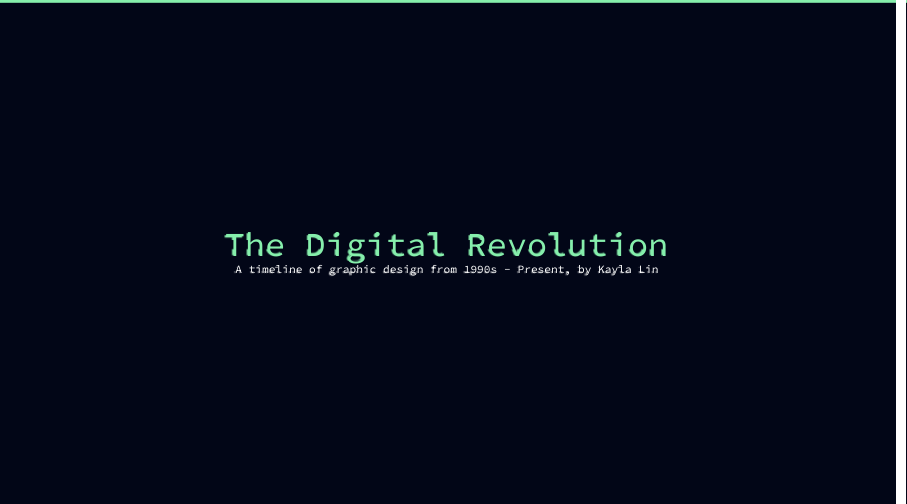
Repository: kayla-lin/graphic-design-timeline
Page: /
The author's editor kept a copy of each file at every save. The page is drawn from the files as they stood at one save, then again after the next save.
The browser window is 1280 px wide. The page is 1280 px wide, then 1295 px, so the pictures cover 1295 px, including what lies to the right of the window. The pictures show the part of the page from y = 0 to 1880 px (the page is 720 px tall before and 13566 px after), at 70% of full size.
The project was rebuilt for these pictures with package versions that can differ from the ones it lists, and the page was loaded fresh each time. The framework's server and built-in components were replaced by stand-ins that run in the browser. Also part of the build but not shown: next.config.js.

Above is the page before, as saved 2023-05-01 21:17:45.

### pages/index.tsx
import { Source_Code_Pro } from "next/font/google";
import Introduction from "./components/Introduction";
import TimelineElement from "./components/TimelineElement";
import Timeline from "./components/Timeline";
import ProgressBar from "./components/ProgressBar";

const source = Source_Code_Pro({ subsets: ["latin"] });

export default function Home() {
  return (
    <main className={`${source.className} bg-slate-950`}>
      <ProgressBar />
      <Introduction />
      <Timeline>
        <TimelineElement
          title="Rise of Skeuomorphism"
          date="1980s"
          img="skeumorphic.png"
          desc={[
            "Skeuomorphism is a useful concept for design. It involves creating a design that mimics its real life counterpart. For example, an icon of a trash can for deleting files, or a floppy disk for the save functionality. It was useful because of its design affordance: a shape that suggests its use. Since graphical interfaces on the computer were new. Computer interfaces would be much more intuitive with skeuomorphism Skeuomorphism designs often had beveled edges, gradients, and reflections.",
          ]}
        />
        <TimelineElement
          title="Xerox Star 8010"
          date="1981"
          img="xerox.jpeg"
          desc={[
            "Xerox launched the first personal computer for the office. This was the birth of the first ever graphic user interface (GUI). Norman Lloyd Cox converted the ideal of the office into a metaphor on the computer screen. He represented basic office concepts, like desktop, files, folders, on the computer screen.",
          ]}
        />
        <TimelineElement
          title="Apple’s 1984 Macintosh"
          date="1984"
          img="applemac.jpeg"
          desc={[
            "The Apple 1984 Macintosh was the first commercially successful personal computer with a graphic user interface. It helped popularize the idea that computers can be a tool for productivity and creativity. The laptop had a graphic program called MacPaint created by Bill Atkinson and Susan Kare. Creating computer graphics was very intuitive: People used a mouse or a drawing tablet along with a multitude of different graphic tools on a toolbar.",
          ]}
        />
        <TimelineElement
          title="Susan Kare"
          date="1984"
          img="susankare.jpeg"
          desc={[
            "Susan Kare is graphic designer  “who gave the Macintosh a smile. Pixel art was the best kind of graphics that computing power could hope for. However, the small amount of pixels were crucial for intuitive interfaces and designs. Susan Kare created the original set of icons for the original Apple Macintosh.",
            "She transferred the idea of off-screen iconography to its on screen equivalent, thus allowing for icons to be effective in the digital world. Kare worked without the use of colors because computers could not replicate colors. She created iconic symbols like the “Ok” button, trashcan and command symbol.",
          ]}
        />
        <TimelineElement
          title="Andy Warhol"
          date="1985"
          img="warhol.jpeg"
          desc={[
            "In 1985, Andy Warhol became a Commodore International representative. He created a series of 28 digital “experiments” to help advertise the computer, Amiga 1000.",
          ]}
        />
        <TimelineElement
          title="David Hockney"
          date="1986"
          img="hockney.jpeg"
          desc={[
            "David Hockney was one of the first artists to consider digital art as a serious medium. In 1986, he created digital paintings using Quantel Paintbox, which was a drawing surface that enabled users to draw computer graphics directly on the computer screen without transferring to another medium. He created a series of paintings for the BBC series, Painting with Light.",
          ]}
        />
        <TimelineElement
          title="Adobe"
          date="1987"
          img="adobe.jpeg"
          desc={[
            "PostScript was a language used to control output of laser printers. Adobe started to develop different fonts after PostScript’s success.",
            "In  the late 1980s, Apple and Adobe had a disagreement over licensing fees, causing the “font wars”. Adobe offered Display PostScript, a version of PostScript that ran on personal computers, to both Apple and Microsoft. Apple and Microsoft did not want to give control over a vital part of the operating system. Adobe also did not want to pay Apple’s stiff royalties. Apple and Microsoft would join forces to create their own technology similar to PostScript.",
            "During the font wars, Adobe focused on software development and in 1987 introduced Adobe Illustrator, a widely used software for vector graphics. Two years later in 1989, they introduced Adobe Photoshop, an image manipulation program that became the most popular and successful Adobe program.",
          ]}
        />
        <TimelineElement
          title="David Carson"
          date="1989"
          img="carson.png"
          desc={[
            "During the 1990s, there was a movement to move away from Swiss Modern. David Carson was the art director of Beach Culture (1989-91), Surfer (1991-92), and Ray Gun (1992-96). He was well known for his experimental approach to design, and he broke a lot of traditional design rules. He was an inspiration for the experimental nature and techniques that many used in computer graphics.",
          ]}
        />
        <TimelineElement
          title="World Wide Web"
          date="1989"
          img="www.jpeg"
          desc={[
            "Before the World Wide Web, the internet was just used for sending files from one place to another. Tim Berners-Lee, a Swiss computer programmer, introduced the World Wide Web. The World Wide Web was a “web” of information open to anyone.",
            "Users were able to communicate and exchange information globally. This marked a new period of accessibility, especially for artists. Artists could rely less on institutions and easily share information.",
          ]}
        />
        <TimelineElement
          title="Netscape"
          date="1992"
          img="netscape.jpeg"
          desc={[
            "At the University of Illinois, a group of students and researchers created a browser called Mosaic, later known as Netscape. This offered a user friendly way to access the website. Users could see words and computers on the same page, and users could navigate the web with scrollbars and hyperlinks.",
            "Later, Congress allowed the web to be used commercially. Companies and entrepreneurs rushed to set up websites to sell goods and services.",
          ]}
        />
        <TimelineElement
          title="Cascading Style Sheets"
          date="1994"
          img="css.webp"
          desc={[
            "It was difficult to code the website to have designs. Berners-Lee was more interested in the web as a digital directory of employees. Take Pei-Yuan Wei was one of the first who tried to make his own language for styling websites. Wei never quite found success in standardizing his language, but he was an inspiration for his successor Hakon Wium Lie who created Cascading Style Sheets, or just CSS.",
            "CSS revolutionized graphic design. CSS allowed a new level of control over the design of a website. It was possible to create rich, visually appealing designs for a website. CSS helped establish web design as a platform for creativity and popularized the focus on intuitive user experience and interfaces.",
          ]}
        />
        <TimelineElement
          title="Early Net Artists"
          date="1994"
          img="netart.jpeg"
          desc={[
            "The rise of newly aesthetic websites and the internet, paved a way for a sub-culture group of early internet artists concerned with less about aesthetically-pleasing websites, but with the power of the internet.",
            "These artists created interactive viewing experiences with browsers, search engines, and code.",
          ]}
        />
        <TimelineElement
          title="Yael Kanarek"
          date="1995"
          img="kanarek.png"
          desc={[
            "Israeli-American artist Yael Kanarek was one of these experimental artists. She created a project called the World of Awe, which is an online diary that mixes love letters, cyborgs, with 3D models and landscapes.",
          ]}
          href="https://www.worldofawe.net/thejournal/landing/"
          hrefTitle="World of Awe"
        />
        <TimelineElement
          title="Joan Heemskerk"
          date="1995"
          img="jodi.png"
          desc={[
            "Another one of these artists was Dutch artist Joan Heemsherk. He was responsible for many of the best-loved internet artworks of the 90s, including wwwwwwwww.Jodi.org. The website includes a page of random numbers of symbols like a programmer’s terminal window. Viewing the page source HTML code (right click, “View Page Source) reveals the hidden artwork.",
          ]}
          href="https://wwwwwwwww.jodi.org/"
          hrefTitle="wwwwwwwww.Jodi.org"
        />
        <TimelineElement
          title="iPhone"
          date="2007"
          img="iphone.webp"
          desc={[
            "The iPhone revolutionized communication. It changed the way people used phones as devices. People were able to do more than just call or text, and it had incredible portability, being handheld. The interface was sleek, intuitive, and touchscreen. Competing phone companies rushed to create their own touch screen phone.",
            "With the iPhone, the App Store was released which is arguably one of the most significant products in personal computing.  The App Store changed the way software was designed, used, and distributed. The App Store was a hub of applications that any users download applications from. Additionally, any user could upload their own applications. Thus, growing a new field of software development, and interface design that targets mobile applications. There was a need for developers who just focused on developing for mobile platforms. There was also a need for designers to design mobile interfaces and application icons.",
          ]}
        />
        <TimelineElement
          title="Flat Design"
          date="2013"
          img="flatdesign.jpeg"
          desc={[
            "Flat design came as a response to the overuse of skeuomorphism.Apple launched iOS 7, which signified the death of skeuomorphism to designs that were flat and simple, inspired by Swiss Modern. Apple used Helvetica Neue Ultra Light, and switched old application icons to new two-dimensional, simple designs.",
            "Skeuomorphism began to hold interfaces back, as the world became more familiar with digital interfaces. Skeuomorphism led to cluttered designs and useless details. The visual metaphor was no longer needed.",
          ]}
        />
        <TimelineElement
          title="Isometric Design"
          date="2013"
          img="isometric.webp"
          desc={[
            "Users benefitted from the shift to flat designs, but web designers and UX researchers found that flat design had user experience issues. One example of an issue of that some users may not click a flat button if they do not recognize it as clickable. Flat design evolved into Flat Design 2.0. Instead of completely flat logos, designers started to add highlights, gradients, and drop shadows to add depth and direction, while maintaining minimalism.",
            "This eventually evolved into a new trend of Isometric Design, or flat 3D designs. Isometric designs present a three dimensional view of an object, which “combines some elements of realism from skeuomorphism with the clean, modern approach of flat design”.",
          ]}
        />
        <TimelineElement
          title="Spotify"
          date="2015"
          img="wrapped.jpeg"
          desc={[
            "Spotify is one company herald for its innovative takes design and their ability to stay with the trends. In 2015, Spotify created “Wrapped” a feature for users to see their past history of statistics for the music they listened to. Spotify went virtual for its use of flat graphics with colorful shapes and animation..",
          ]}
        />
        <TimelineElement
          title="Facebook's Alergia"
          date="2017"
          img="alegria.webp"
          desc={[
            "Alegria is an illustration system developed by creative agency Buck specifically for Facebook. Alegria, is a project to achieve aesthetic illustrations in a short period of time. The Alegria style is easy to standardize and replicate, so artists can keep it consistent and less money could be spent. The style was modified to be simpler for replicability during the development process.",
          ]}
        />
        <TimelineElement
          title="Google's Material Design"
          date="2017"
          img="material.avif"
          desc={[
            "Before Material Design, unfriendly user interfaces were common. There were inconsistencies in web design principles. Material Design is a design system created by Google to help teams build consistent, intuitive interfaces. It is one of the most used design systems to ever exist. Material Design pushed interfaces into a simpler cleaner design that users anticipated, which made web experiences feel more responsive and intuitive. Google also released material.io, which contained guidelines for developers and designers to create beautiful and functional designs.",
            "Material Design combined the best parts of skeuomorphism and flat design. Material Design takes inspiration from real-life objects, but doesn’t copy them. The design system gives them form, depth, while still relying on flat design elements.",
          ]}
        />
        <TimelineElement
          title="Rise and Fall of Corporate Memphis"
          date="2017"
          img="corporate.jpeg"
          desc={[
            "Corporate Memphis, also known as big tech art, is a term to describe a style of illustration associated with Big Tech companies and startups, inspired by Facebook’s Alegria.",
            "With the rise of flat design, and vector graphics needed for websites and icons, Corporate Memphis became popular as they were simple, scalable illustrations to fill in white spaces.The colorful, friendly illustrations also combatted negative perceptions of large tech companies, who were often criticized for their monopoly and capitalistic behaviors. Corporate Memphis is often criticized for being overused, generic, and lazy because of its widespread use.",
          ]}
        />
      </Timeline>
    </main>
  );
}

### styles/globals.css
@tailwind base;
@tailwind components;
@tailwind utilities;

/* Top progress bar */

.progress-bar {
  position: fixed;
  top: 0;
  left: 0;
  right: 0;
  height: 10px;
  background: red;
  transform-origin: 0%;
}

/* Glitch effect */

.glitch {
  animation: glitch 1s linear infinite;
}

@keyframes glitch {
  2%,
  64% {
    transform: translate(2px, 0) skew(0deg);
  }
  4%,
  60% {
    transform: translate(-2px, 0) skew(0deg);
  }
  62% {
    transform: translate(0, 0) skew(5deg);
  }
}

.glitch:before,
.glitch:after {
  content: attr(title);
  position: absolute;
  left: 0;
}

.glitch:before {
  animation: glitchTop 1s linear infinite;
  clip-path: polygon(0 0, 100% 0, 100% 33%, 0 33%);
  -webkit-clip-path: polygon(0 0, 100% 0, 100% 33%, 0 33%);
}

@keyframes glitchTop {
  2%,
  64% {
    transform: translate(2px, -2px);
  }
  4%,
  60% {
    transform: translate(-2px, 2px);
  }
  62% {
    transform: translate(13px, -1px) skew(-13deg);
  }
}

.glitch:after {
  animation: glitchBotom 1.5s linear infinite;
  clip-path: polygon(0 67%, 100% 67%, 100% 100%, 0 100%);
  -webkit-clip-path: polygon(0 67%, 100% 67%, 100% 100%, 0 100%);
}

@keyframes glitchBotom {
  2%,
  64% {
    transform: translate(-2px, 0);
  }
  4%,
  60% {
    transform: translate(-2px, 0);
  }
  62% {
    transform: translate(-22px, 5px) skew(21deg);
  }
}

### pages/components/Introduction/index.tsx
import React from "react";

const Introduction = () => {
  return (
    <section className="h-screen w-screen text-white flex flex-col justify-center items-center">
      <h1
        title="The Digital Revolution"
        className="glitch text-5xl text-green-300"
      >
        The Digital Revolution
      </h1>
      <div
        className="glitch"
        title="A timeline of graphic design from 1990s - Present, by Kayla Lin"
      >
        A timeline of graphic design from 1990s - Present, by Kayla Lin
      </div>
    </section>
  );
};

export default Introduction;

### pages/components/Timeline/index.tsx
import React, { Children, FC, ReactNode } from "react";
import Line from "./Line";
import TimelineElements from "./TimelineElements";

interface Props {
  children: ReactNode;
}

const Timeline: FC<Props> = ({ children }) => {
  const mapped = Children.map(children, (child, index) => {
    if (React.isValidElement(child)) {
      return React.cloneElement(child, {
        ...child.props,
        index,
        isFirst: index === 0,
        isLast: !Array.isArray(children) || index === children.length - 1,
      });
    }
    return null;
  });

  return (
    <section className="container mx-auto flex flex-col relative">
      <Line />
      <TimelineElements />
    </section>
  );
};

export default Timeline;

### pages/components/ProgressBar/index.tsx
import React from "react";
import { motion, useScroll } from "framer-motion";

const ProgressBar = () => {
  const { scrollYProgress } = useScroll();

  return (
    <motion.div
      className="fixed top-0 left-0 right-0 h-1 bg-green-300 origin-[0%] z-50"
      style={{ scaleX: scrollYProgress }}
    />
  );
};

export default ProgressBar;

### pages/components/Timeline/Line/index.tsx
import React from "react";
import { motion } from "framer";

const Line = () => {
  return (
    <div className="h-full right-1/2 w-0.5 bg-green-300 bg-opacity-50 absolute z-50" />
  );
};

export default Line;

### pages/components/Timeline/TimelineElements/index.tsx
import React, { Children, FC, ReactNode } from "react";

interface Props {
  children: ReactNode;
}

const TimelineElements: FC<Props> = ({ children }) => {
  const mapped = Children.map(children, (child, index) => {
    if (React.isValidElement(child)) {
      return React.cloneElement(child, {
        ...child.props,
        index,
        isFirst: index === 0,
        isLast: !Array.isArray(children) || index === children.length - 1,
      });
    }
    return null;
  });
  return <>{mapped}</>;
};

export default TimelineElements;

### pages/components/TimelineElement/index.tsx
import Image from "next/image";
import React, { FC, useEffect } from "react";
import { useAnimation, motion } from "framer-motion";
import { useInView } from "react-intersection-observer";
import Link from "next/link";

interface Props {
  title: string;
  date: string;
  desc: string[];
  img?: string;
  index?: number;
  href?: string;
  hrefTitle?: string;
}

const TimelineElement: FC<Props> = ({
  title,
  desc,
  img,
  date,
  index,
  href,
  hrefTitle,
}) => {
  const controls = useAnimation();
  const [ref, inView] = useInView();

  const isEven = index && index % 2;

  const squareVariants = {
    visible: {
      opacity: 1,
      left: isEven ? 15 : -15,
      transition: { duration: 0.5 },
    },
    hidden: { opacity: 0, left: isEven ? 100 : -100 },
  };

  useEffect(() => {
    if (inView) {
      controls.start("visible");
    }
  }, [controls, inView]);

  return (
    <motion.div
      ref={ref}
      animate={controls}
      initial="hidden"
      variants={squareVariants}
      className={`w-1/2 relative text-white bg-slate-400 bg-opacity-10 p-5 border border-gray-800 flex flex-col gap-3 ${
        isEven ? "self-end left-5" : "self-start right-5"
      }`}
    >
      <span className="text-green-300">{date}</span>
      <h1>{title}</h1>
      {img && (
        <div className="h-64 w-100 relative">
          <Image
            src={`/img/${img}`}
            alt={title}
            fill={true}
            style={{ objectFit: "cover" }}
          />
        </div>
      )}
      {desc.map((text, index) => (
        <p key={index}>{text}</p>
      ))}
      {href && hrefTitle && (
        <Link
          href={href}
          target="_blank"
          className="text-green-300 hover:text-green-500 underline"
        >
          {hrefTitle}
        </Link>
      )}
    </motion.div>
  );
};

export default TimelineElement;

Loaded but not shown: pages/_app.tsx (common file); pages/_document.tsx (common file); tailwind.config.js (common file)

After the next save:
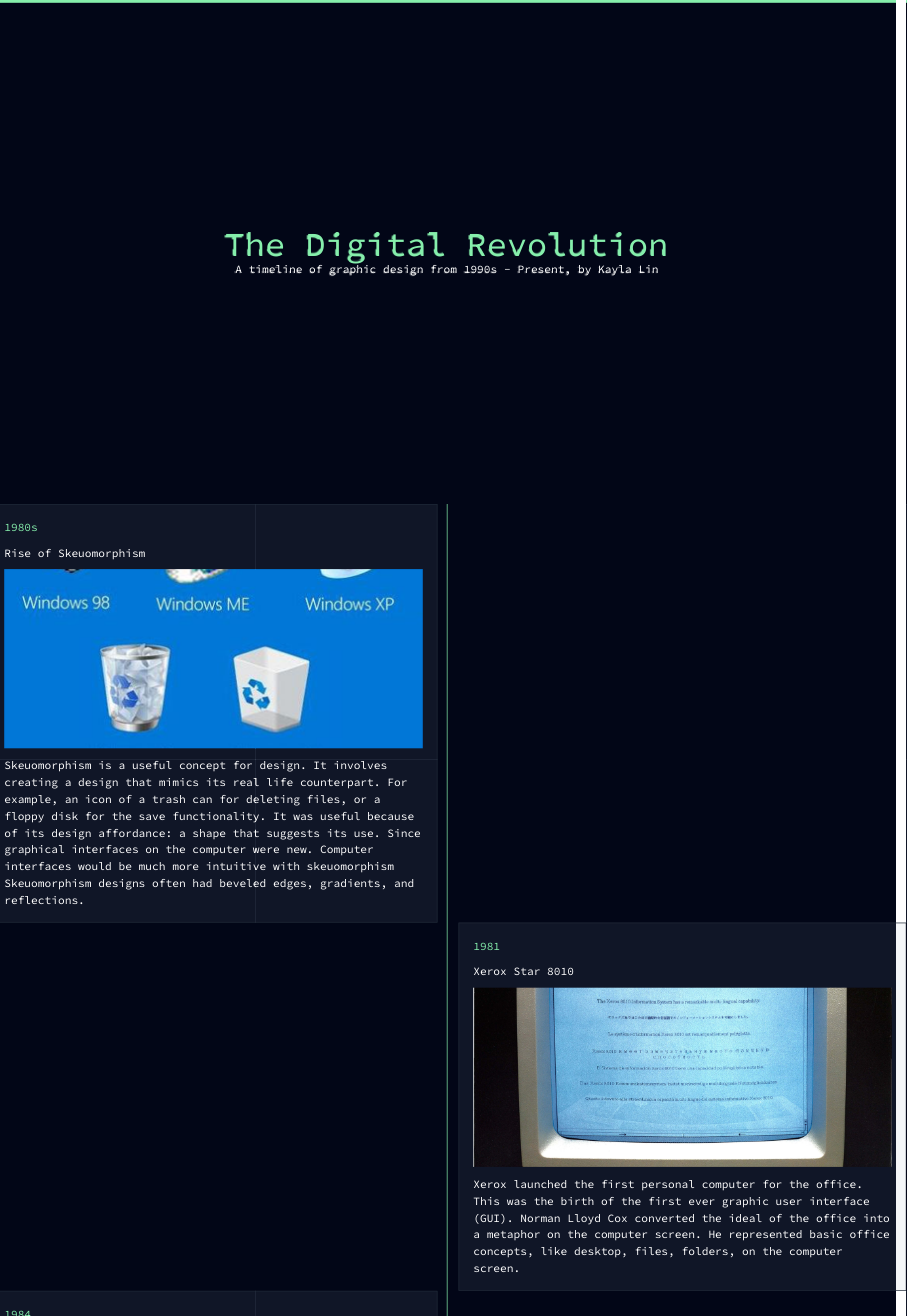
Saved 11 s later.
--- a/pages/components/Timeline/index.tsx
+++ b/pages/components/Timeline/index.tsx
@@ -22,7 +22,7 @@
   return (
     <section className="container mx-auto flex flex-col relative">
       <Line />
-      <TimelineElements />
+      <TimelineElements>{children}</TimelineElements>
     </section>
   );
 };
